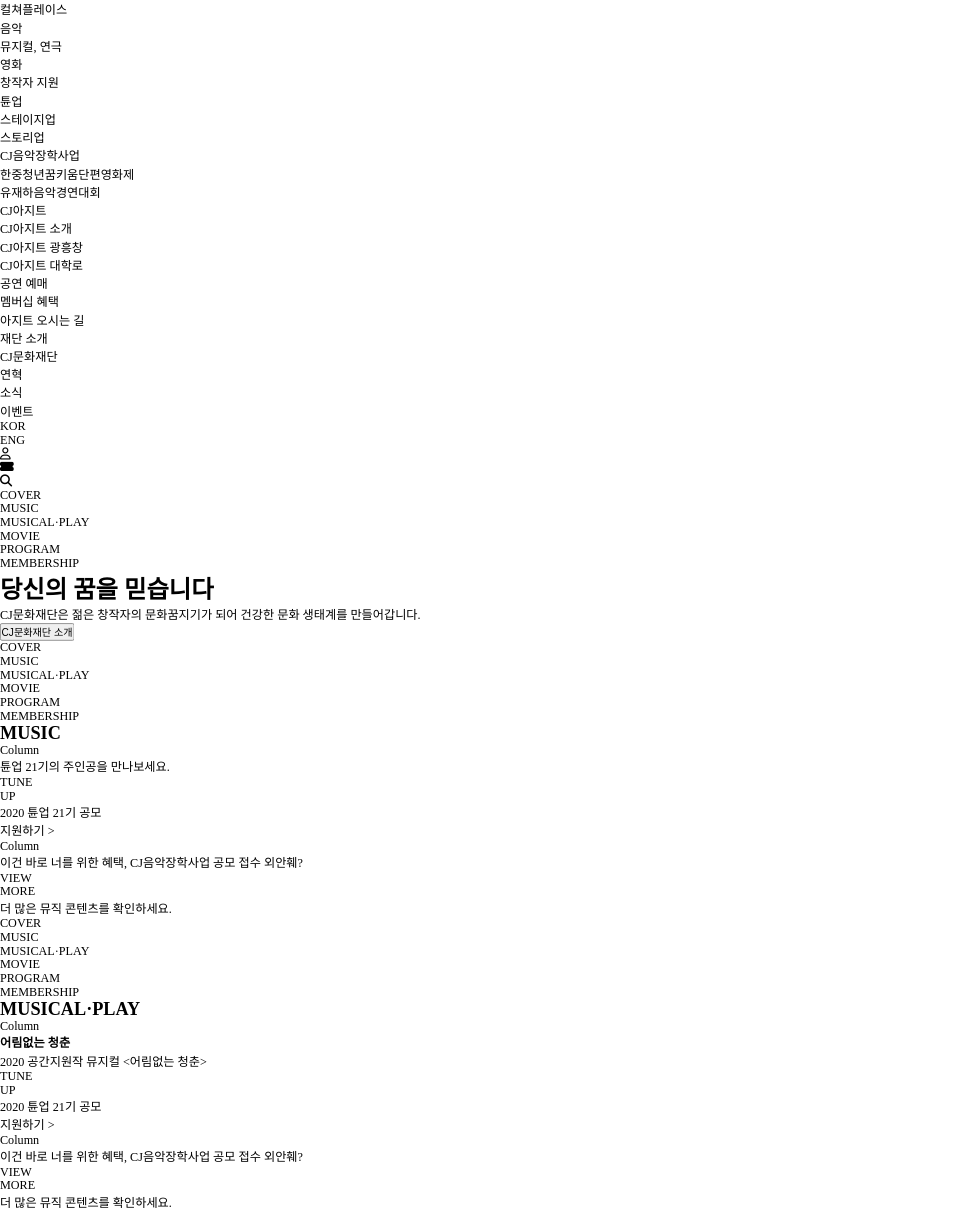
Repository: godcl1623/Tutorials
Page: 습작/CJazit/cjazit-index.html
An editor plug-in stored every save of this project. The page is shown before and after the next save, followed by the edit.
The browser window is 1280 px wide. The pictures show the whole page, at 76% of full size.
Some web libraries are served in a nearby version.

Above is the page before, as saved 2021-01-12 21:19:10.

After the next save:
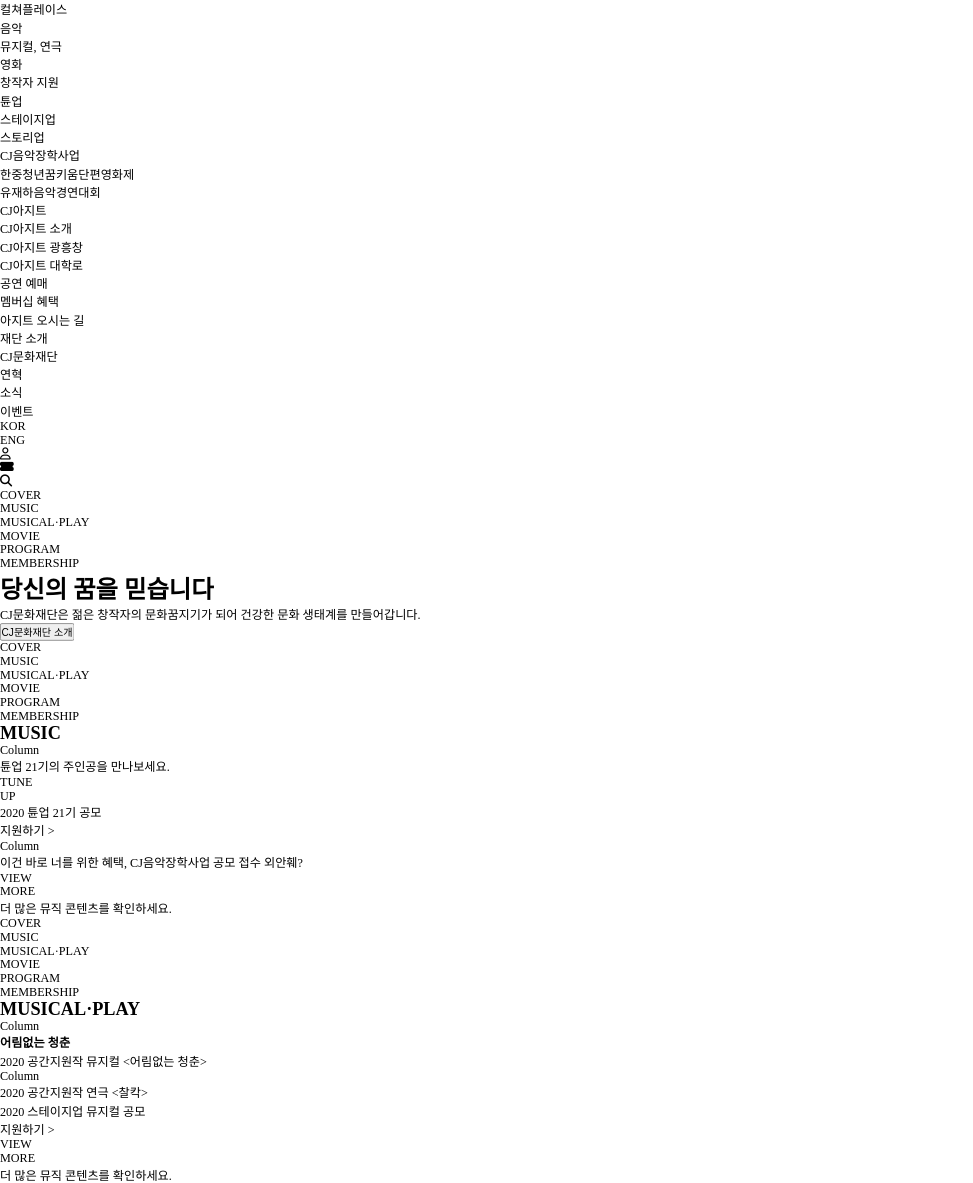
Saved 3 min 23 s later.
--- a/습작/CJazit/cjazit-index.html
+++ b/습작/CJazit/cjazit-index.html
@@ -136,15 +136,14 @@
         </div>
         <div class="article-2-image-contents">
           <div class="article-2-image-commentary">
-            <p>TUNE<br>UP</p>
-            <p>2020 튠업 21기 공모</p>
-            <p>지원하기 ></p>
+            <p>Column</p>
+            <p>2020 공간지원작 연극 &lt;찰칵&gt;</p>
           </div>
         </div>
         <div class="article-2-image-contents">
           <div class="article-2-image-commentary">
-            <p>Column</p>
-            <p>이건 바로 너를 위한 혜택, CJ음악장학사업 공모 접수 외안훼?</p>
+            <p>2020 스테이지업 뮤지컬 공모</p>
+            <p>지원하기 ></p>
           </div>
         </div>
         <div class="article-2-image-contents">
